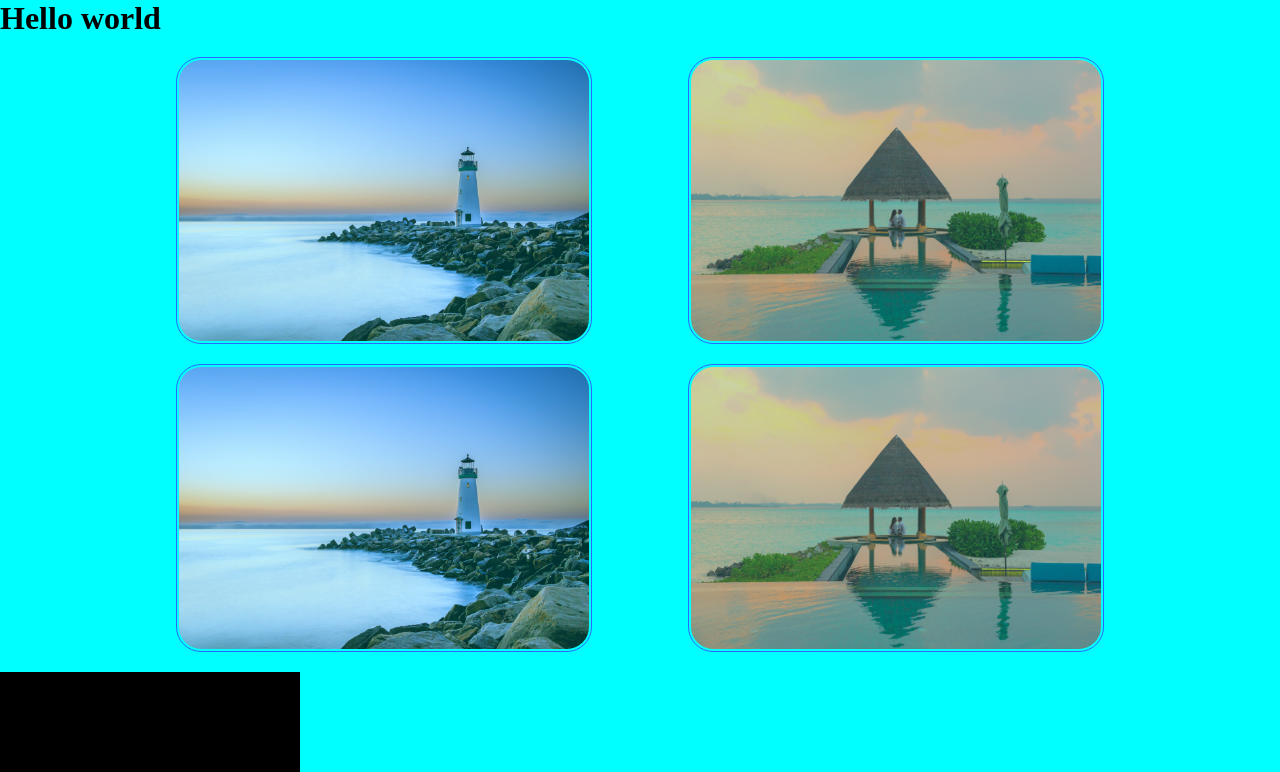
Repository: RPSKumara/DPEdudationPyhton
Page: ImageStyle/index.html
The author's editor kept a copy of each file at every save. The page is drawn from the files as they stood at one save, then again after the next save.
The browser window is 1280 px wide. The pictures show the whole page.
The pointer rests on the first visible `.animationHandle`.

Above is the page before, as saved 2022-04-20 11:15:48.

### ImageStyle/index.html
<!DOCTYPE html>
<html lang="en">
	<head>
		<meta charset="UTF-8" />
		<meta http-equiv="X-UA-Compatible" content="IE=edge" />
		<meta name="viewport" content="width=device-width, initial-scale=1.0" />
		<link rel="stylesheet" href="style.css" />
		<title>Document</title>
	</head>
	<body>
		<div class="container">
			<h1>Hello world</h1>
			<div class="imageSlider">
				<img src="Images/01.jpg" alt="images" class="previewImg" srcset="" />
				<img src="Images/02.jpg" alt="images" class="previewImg" srcset="" />
			</div>
            <div class="imageSlider">
				<img src="Images/01.jpg" alt="images" class="previewImg" srcset="" />
				<img src="Images/02.jpg" alt="images" class="previewImg" srcset="" />
			</div>
            <div class="animationHandle"></div>
		</div>
	</body>
</html>

### ImageStyle/style.css
*{
    margin: 0;
    padding: 0;
}
.container{
    width: 100%;
    background-color: aqua;
}
.imageSlider{
    min-width: 80%;
    width: 80%;
    margin: 20px 10%;
    display: flex;
    flex-wrap: wrap;
    justify-content: space-around;
}
.previewImg{
    width: 40%;
    border:1px rgba(76, 0, 255, 0.747) solid;
    padding: 2px;
    height: auto;
    opacity: 80%;
    border-radius: 25px;
    -webkit-border-radius: 25px;
    -moz-border-radius: 25px;
    -ms-border-radius: 25px;
    -o-border-radius: 25px;
}
.animationHandle{
    width: 300px;
    height: 100px;
    background-color: black;
}

After the next save:
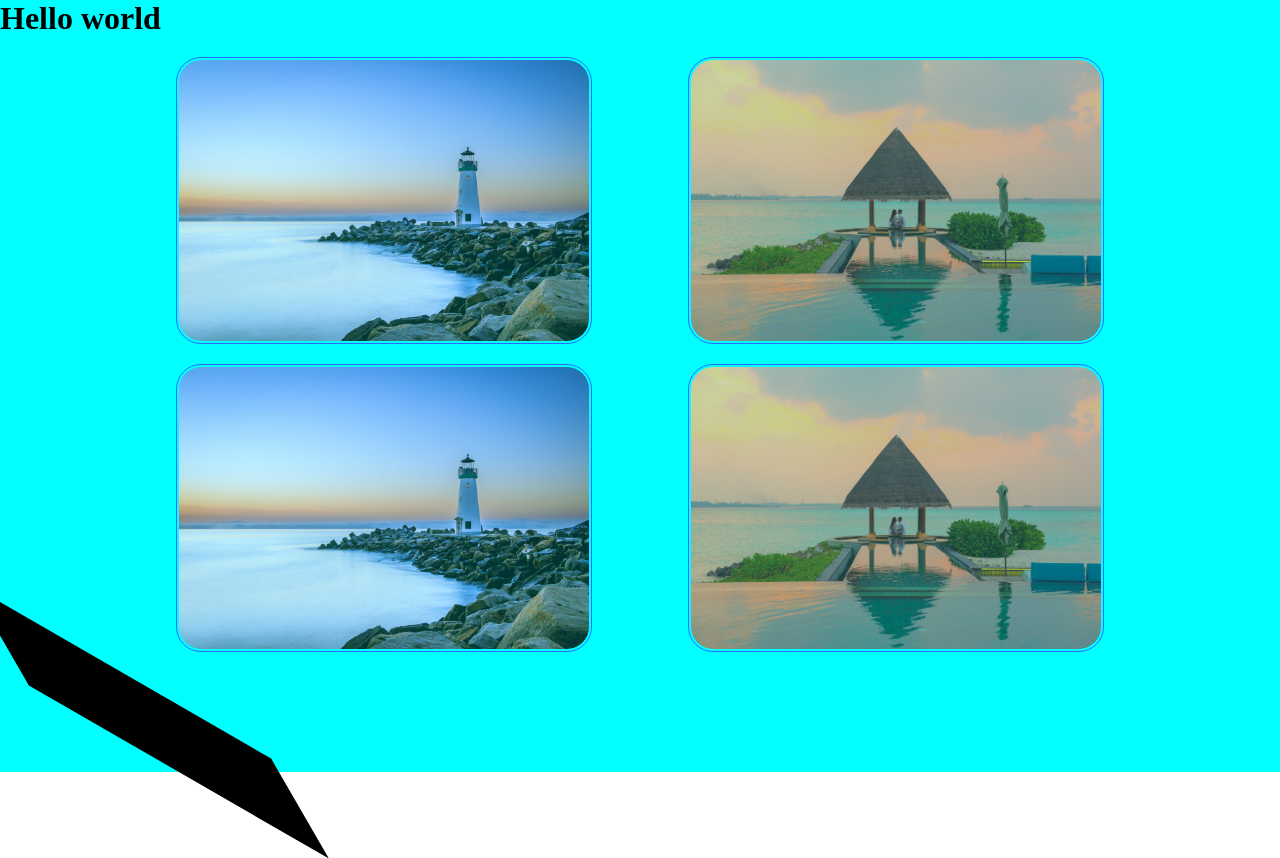
Saved 3 min 4 s later.
--- a/ImageStyle/style.css
+++ b/ImageStyle/style.css
@@ -31,3 +31,6 @@
     height: 100px;
     background-color: black;
 }
+.animationHandle:hover{
+    transform:skew(30deg,30deg);
+}
